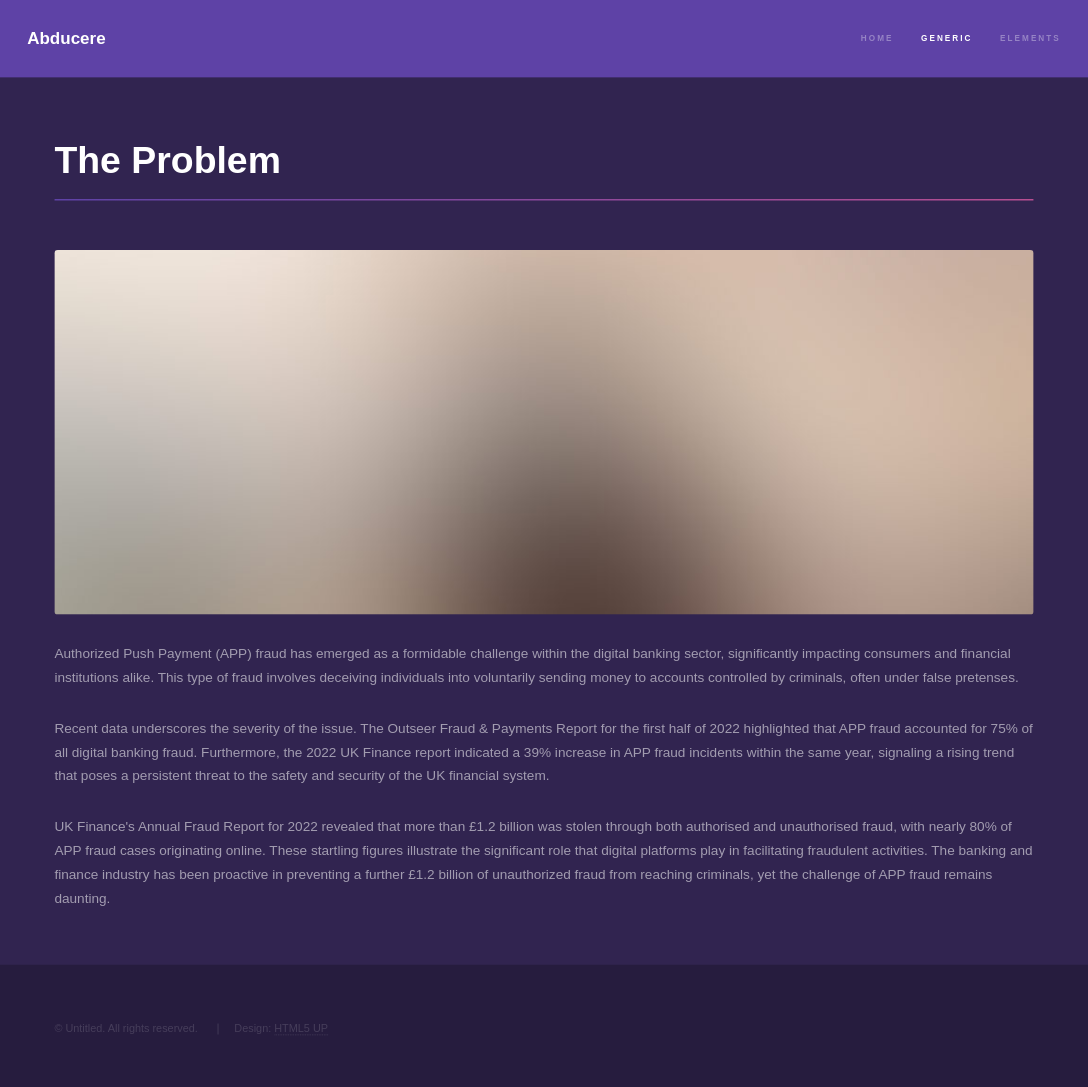
Repository: nocnoc94/nocnoc94.github.io
Page: the-problem.html
An editor plug-in stored every save of this project. The page is shown before and after a run of saves, followed by the edit.
The browser window is 1280 px wide. The pictures show the whole page, at 85% of full size.

Above is the page before, as saved 2024-02-21 23:12:04.

After the next 2 saves:
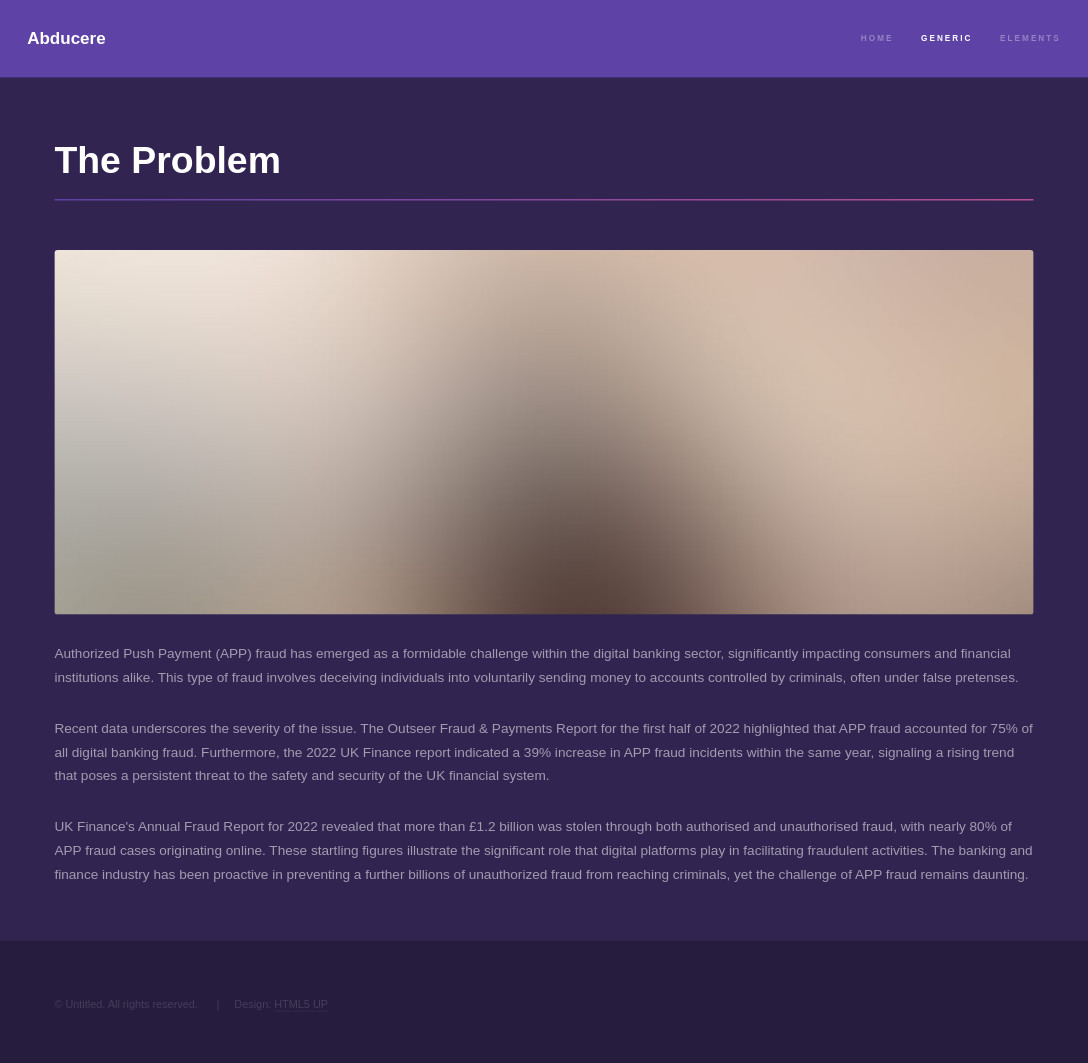
The 2 saves are shown as one change because they came seconds apart.
The last was saved 88 s later.
--- a/the-problem.html
+++ b/the-problem.html
@@ -53,7 +53,7 @@
 					both authorised and unauthorised fraud, with nearly 80% of APP fraud cases originating online. These
 					startling figures illustrate the significant role that digital platforms play in facilitating
 					fraudulent activities. The banking and finance industry has been proactive in preventing a further
-					£1.2 billion of unauthorized fraud from reaching criminals, yet the challenge of APP fraud remains
+					billions of unauthorized fraud from reaching criminals, yet the challenge of APP fraud remains
 					daunting.
 				</p>
 				<p></p>
